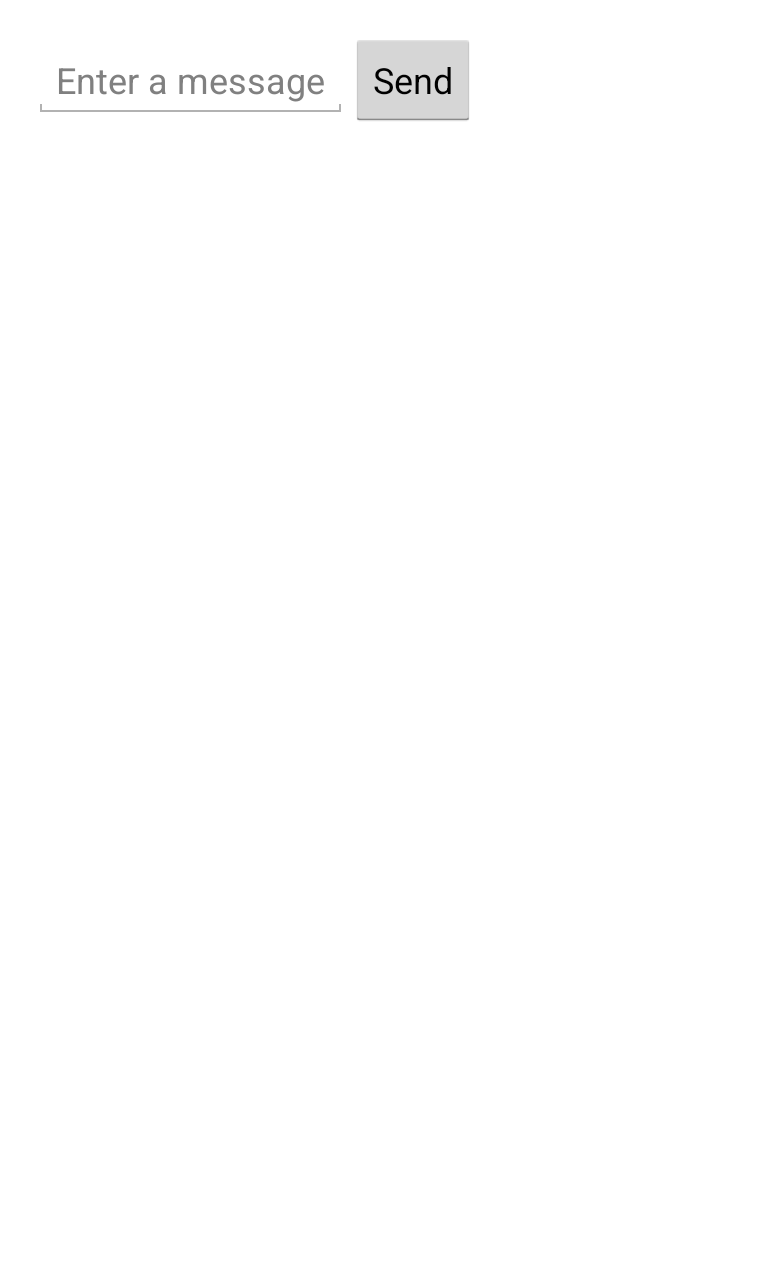
Repository: phyranja/ese2013_warmup
Layout: MyFirstApp/res/layout/activity_main.xml
These files come from the project's save history. The layout is drawn as it stood at one moment and after the next save; the edit follows.
It is drawn on a 768 x 1280 px phone screen (xhdpi) without system bars, with theme AppTheme; the app's code is not run.

Above is the layout before, as saved 2013-09-23 17:16:18.

After the next save:
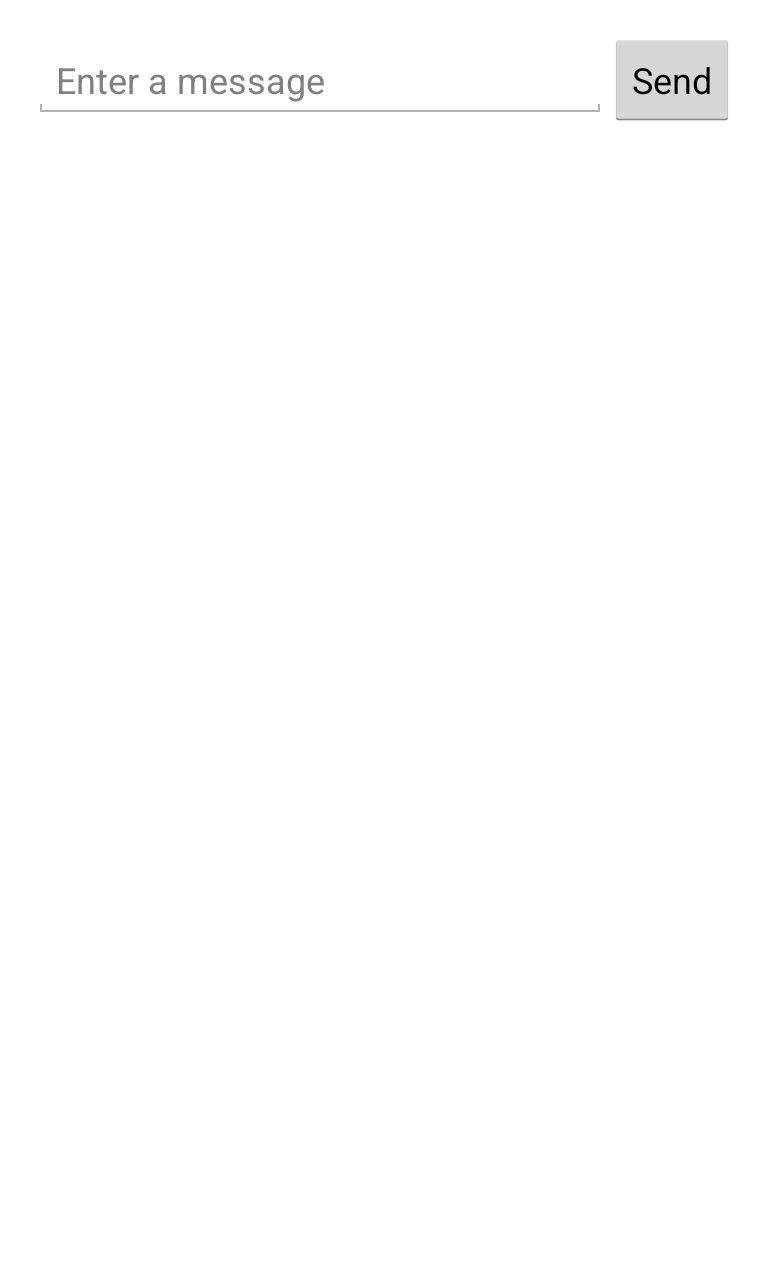
Saved 106 s later.
--- a/MyFirstApp/res/layout/activity_main.xml
+++ b/MyFirstApp/res/layout/activity_main.xml
@@ -11,7 +11,8 @@
      <EditText android:id="@+id/edit_message"
         android:layout_width="wrap_content"
         android:layout_height="wrap_content"
-        android:hint="@string/edit_message" />
+        android:hint="@string/edit_message"
+        android:layout_weight="1" />
 
 
     <Button
